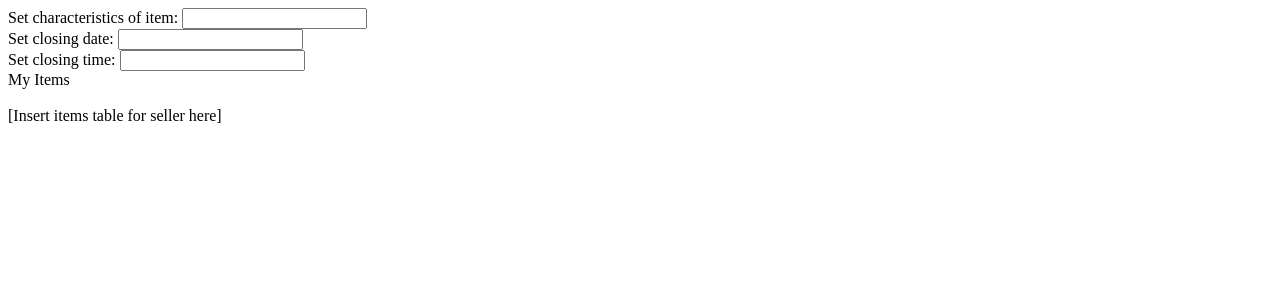
Repository: divergentArrow/Databases
Page: http://localhost/cs336project/seller.jsp
An editor plug-in stored every save of this project. The page is shown before and after the next save, followed by the edit.
The browser window is 1280 px wide. The pictures show the whole page.
The page is served by Tomcat 9.

Above is the page before, as saved 2019-04-14 20:44:16.

After the next save:
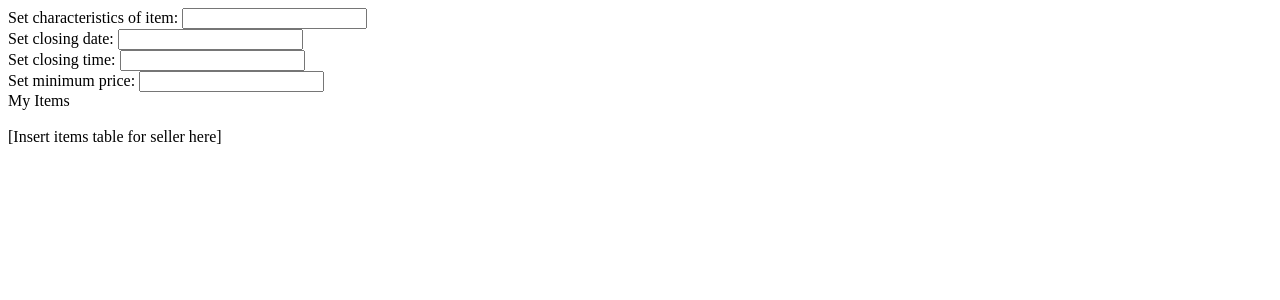
Saved 48 s later.
--- a/cs336project/WebContent/seller.jsp
+++ b/cs336project/WebContent/seller.jsp
@@ -13,6 +13,7 @@
 		Set characteristics of item: <input type="text" name="item"><br>
 		Set closing date: <input type="text" name="cdate"><br>
 		Set closing time: <input type="text" name="ctime"><br>
+		Set minimum price: <input type="text" name="minPrice"><br>
 	</div>
 	<div>
 		My Items
